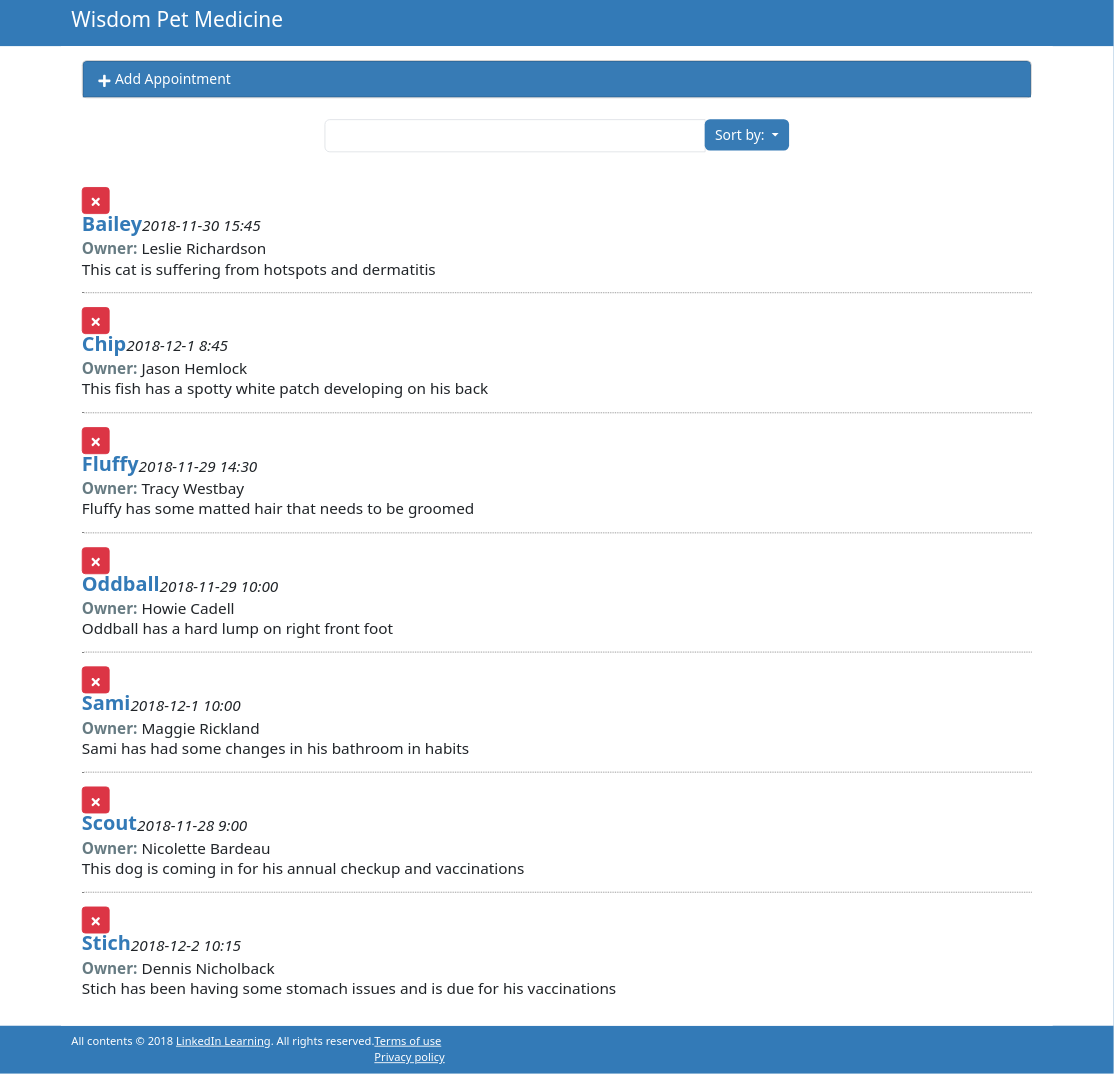
Repository: DevLuDaley/reactinterface
Page: /
These files come from the project's save history. The page is drawn as it stood at one moment and after the next save; the edit follows.
The browser window is 1280 px wide. The pictures show the whole page, at 87% of full size.
The project was rebuilt for these pictures with package versions that can differ from the ones it lists, and the page was loaded fresh each time.

Above is the page before, as saved 2021-02-04 20:00:45.

After the next save:
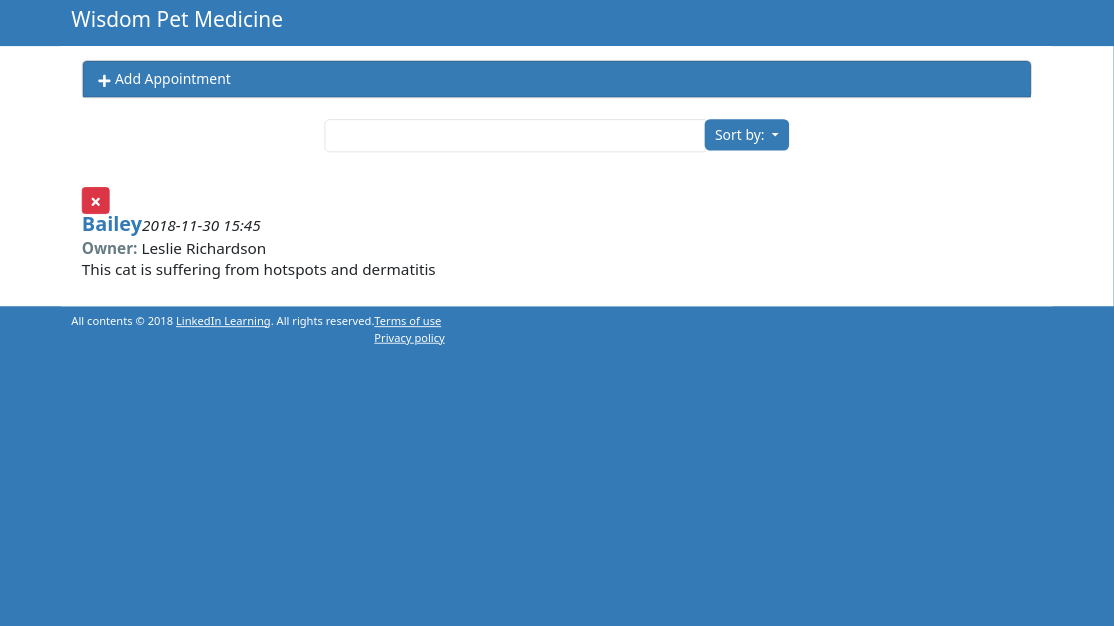
Saved 97 s later.
--- a/src/components/App.js
+++ b/src/components/App.js
@@ -15,7 +15,7 @@ class App extends Component {
       formDisplay: false,
       orderBy: 'petName',
       orderDir: 'asc',
-      queryText: 'ba',
+      queryText: 'bailey',
       lastIndex: 0
     };
     this.deleteAppointment = this.deleteAppointment.bind(this);
